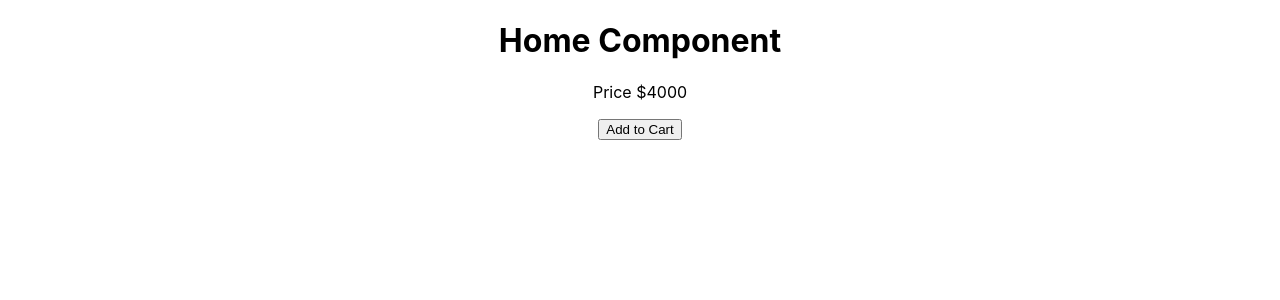
Repository: Rohit1995K/React-redux
Page: /home/AA002QF
An editor plug-in stored every save of this project. The page is shown before and after the next save, followed by the edit.
The browser window is 1280 px wide. The pictures show the whole page.
The project was rebuilt for these pictures with package versions that can differ from the ones it lists, and the page was loaded fresh each time.

Above is the page before, as saved 2022-09-20 14:59:01.

After the next save:
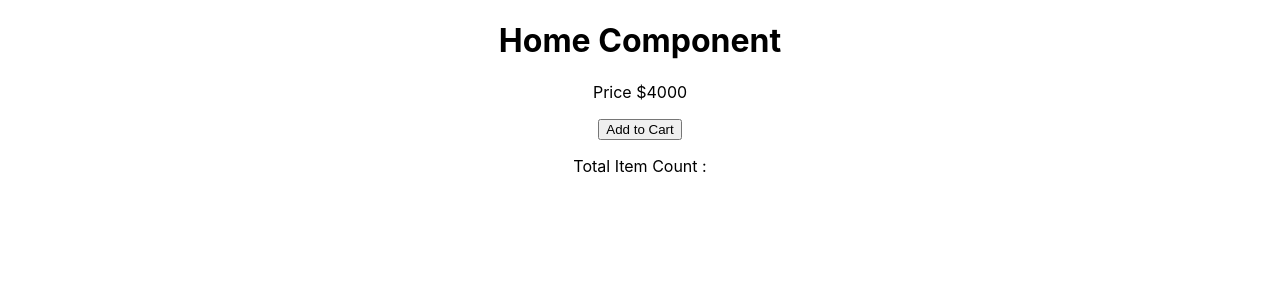
Saved 110 s later.
--- a/src/Components/Home.js
+++ b/src/Components/Home.js
@@ -6,6 +6,7 @@ const Home = () => {
             <h1> Home Component </h1>
             <p> Price $4000 </p>
             <button> Add to Cart </button>
+            <p> Total Item Count :  </p>
         </>
     )
 }
